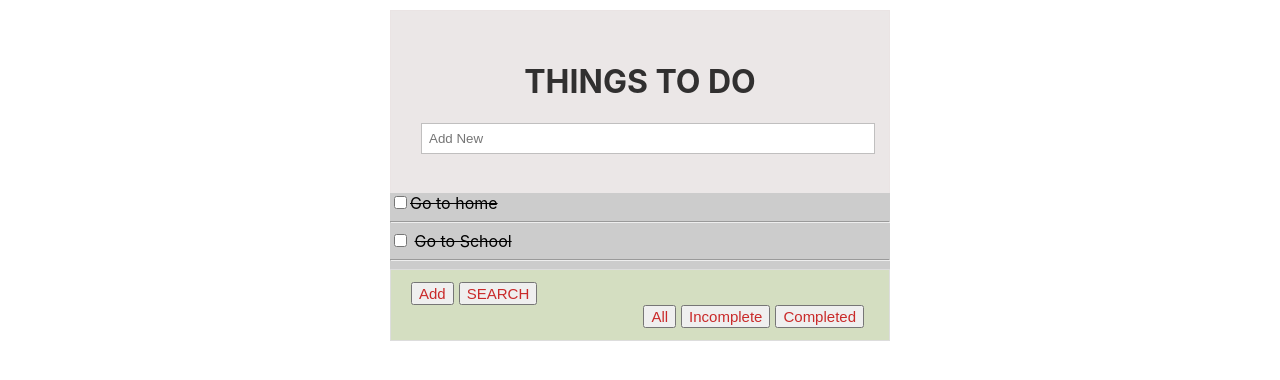
Repository: kirangautam45/To-Do-Application
Page: /
An editor plug-in stored every save of this project. The page is shown before and after the next save, followed by the edit.
The browser window is 1280 px wide. The pictures show the whole page.
The project was rebuilt for these pictures with package versions that can differ from the ones it lists, and the page was loaded fresh each time.

Above is the page before, as saved 2022-08-11 14:29:01.

After the next save:
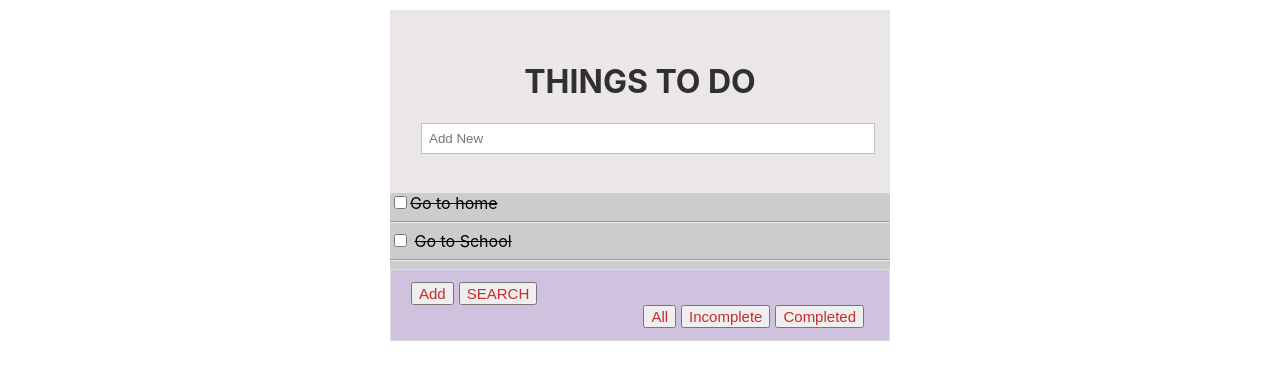
Saved 3 min 37 s later.
--- a/src/App.css
+++ b/src/App.css
@@ -31,7 +31,7 @@ border-style: solid solid none;
   height: auto;
 justify-content: space-between;
 border: 1px solid #ddd;
-background-color: #d4dec1;
+background-color: #d0c1de;
 padding: 12px 20px;
 font-weight: 300
 }
